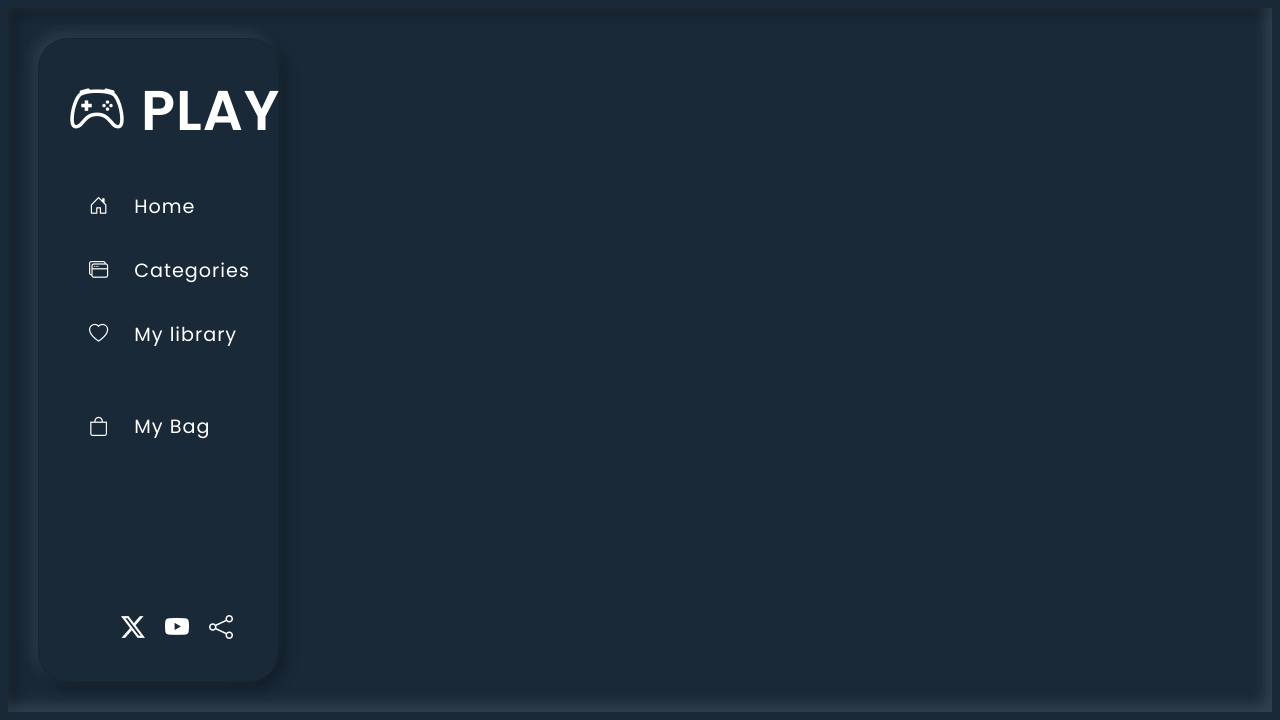
Repository: Ego-Wolf/Ecommerce-game-Reactjs
Page: /
An editor plug-in stored every save of this project. The page is shown before and after the next save, followed by the edit.
The browser window is 1280 px wide. The pictures show the whole page.
The project was rebuilt for these pictures with package versions that can differ from the ones it lists, and the page was loaded fresh each time.

Above is the page before, as saved 2023-12-21 23:29:38.

### public/index.html
<!DOCTYPE html>
<html lang="en">
  <head>
    <meta charset="utf-8" />
    <link rel="icon" href="%PUBLIC_URL%/favicon.ico" />
    <meta name="viewport" content="width=device-width, initial-scale=1" />
    <meta name="theme-color" content="#000000" />
    <meta
      name="description"
      content="Web site created using create-react-app"
    />
    <link rel="apple-touch-icon" href="%PUBLIC_URL%/logo192.png" />
    <link rel="manifest" href="%PUBLIC_URL%/manifest.json" />
    <title>Wolf Ecommerce | Game</title>
    <!-- Bootstraps & Icon -->
    <link href="https://cdn.jsdelivr.net/npm/bootstrap@5.3.2/dist/css/bootstrap.min.css" rel="stylesheet" integrity="sha384-T3c6CoIi6uLrA9TneNEoa7RxnatzjcDSCmG1MXxSR1GAsXEV/Dwwykc2MPK8M2HN" crossorigin="anonymous">
    <link rel="stylesheet" href="https://cdn.jsdelivr.net/npm/bootstrap-icons@1.11.2/font/bootstrap-icons.min.css">
  </head>
  <body>
    <noscript>You need to enable JavaScript to run this app.</noscript>
    <div id="root"></div>

  </body>
</html>

### src/App.js
import React from 'react';
import './App.css';
import Main from "./pages/Main";

function App() {
  return (
    <Main/>
  );
}

export default App;

### src/App.css
/* Google Font */
@import url('https://fonts.googleapis.com/css2?family=Poppins:wght@300;400;500;600;700;800;900&display=swap');


*{
  padding: 0;
  margin: 0;
  box-sizing: border-box;
}

:root {
  --primary: #0d171f;
  --second: #0998a8;
  --bgColor: #192938;
}

h1,
h2,
h4,
p {
  color: #ffffff;
}

body {
  position: relative;
  background: var(--bgColor);
  font-family: 'Poppins', sans-serif;
  width: 100%;
  min-height: 100vh;
  overflow: hidden;
}

### src/pages/Main.jsx
import React from 'react'
import './Main.css'
import SideMenu from '../components/SideMenu'

function Main() {
  return (
    <main>
        <SideMenu/>
    </main>
  )
}

export default Main

### src/pages/Main.css
main {
    position: absolute;
    top: 0;
    left: 0;
    right: 0;
    bottom: 0;
    padding: 30px;
    border: 8px solid var(--bgColor);
    box-shadow: -5px -5px 15px rgba(255, 255, 255, 0.15),
    5px 5px 15px rgba(0, 0, 0, 0.35),
    inset -5px -5px 15px rgba(255, 255, 255, 0.15),
    inset 5px 5px 15px rgba(0, 0, 0, 0.35);
    display: flex;
    justify-content: space-between;
    align-items: center;
    gap: 30px;
    overflow: hidden;
    transition: 0.5s;
}

### src/components/SideMenu.jsx
import React, {useState} from 'react'
import './SideMenu.css'
import NavListItem from './NavListItem'
import navListData from '../data/navListData'
import socialListData from '../data/socialListData'
import SocialListItem from './SocialListItem'

function SideMenu() {
  const [navData, setNavData] = useState(navListData);
  const [socialData, setSocialData] = useState(socialListData);

  return (
    <div className="sideMenu">
        <a href="#" className="logo">
            <i class="bi bi-controller"></i>
            <span className="brand">Play</span>
        </a>
        <ul className="nav">
          {navData.map(item => (
            <NavListItem key={item._id} item={item} />
          ))}
        </ul>

        <ul className="social">
          {socialData.map(item => (
            <SocialListItem key={item._id} item={item} />
          ))}
        </ul>

    </div>
  );
}

export default SideMenu;

### src/components/SideMenu.css
.sideMenu {
    width: 20%;
    height: 100%;
    padding: 30px;
    border: 1px solid rgba(0, 0, 0, 0.1);
    border-radius: 30px;
    background: var(--bgColor);
    box-shadow: -5px -5px 15px rgba(255, 255, 255, 0.1), 5px 5px 15px rgba(0, 0, 0, 0.35);
    display: flex;
    flex-direction: column;
    transition: 1s;
}

.sideMenu .logo {
    position: relative;
    text-decoration: none;
    display: inline-flex;
    align-items: center;
    gap: 15px;
    color: #ffffff;
    font-size: 3.5em;
    font-weight: 600;
    letter-spacing: 1px;
    text-transform: uppercase;
}

.sideMenu .nav {
    margin-top: 30px;
    display: flex;
    flex-direction: column;
    list-style: none;
    gap: 15px;
}

.sideMenu .nav li a {
    text-decoration: none;
    color: #ffffff;
    font-size: 1.2em;
    letter-spacing: 1px;
    display: inline-flex;
    gap: 25px;
    background: var(--bgColor);
    border-radius: 20px;
    padding: 10px 20px;
    width: 100%;
    transition: 0.5s;
}

.sideMenu .nav li a:hover,
.sideMenu .nav li a:active {
    box-shadow: -5px -5px 15px rgba(255, 255, 255, 0.1), 5px 5px 15px rgba(0, 0, 0, 0.35);
}

/* Social */
.sideMenu .social {
    position: absolute;
    bottom: 50px;
    display: flex;
    align-items: center;
    list-style: none;
    gap: 20px;
    transition: 0.5s;
}

.sideMenu .social li a {
    text-decoration: none;
    color: #ffffff;
    font-size: 1.5rem;
    transition: 0.3s;
}

.sideMenu .social li a:hover {
    color: var(--second);
}

.sideMenu .social li .share {
    background: (--second);
    padding: 10px;
    width: 35px;
    height: 35px;
    border-radius: 50%;
    transition: 0.3s;
}

.sideMenu .social li .share:hover {
    background: var(--primary);
}

### src/components/NavListItem.jsx
import React from 'react'
import './NavListItem.css'

function NavListItem({ item }) {
  return (
    <li>
        <a href="#">
            <i className={`bi ${item.icon}`}></i>
            <span className="navName">{item.name}</span>
        </a>
    </li>
  )
}

export default NavListItem

### src/data/navListData.js
const navListData = [
    {
        _id: 1,
        target: 'home',
        name: 'Home',
        icon: 'bi-house-door',
        active: true,
    },
    {
        _id: 2,
        target: 'categories',
        name: 'Categories',
        icon: 'bi-window-stack',
        active: false,
    },
    {
        _id: 3,
        target: 'library',
        name: 'My library',
        icon: 'bi-heart',
        active: false,
    },
    {
        _id: 4,
        target: 'bag',
        name: 'My Bag',
        icon: 'bi-bag',
        active: false,
    },
];

export default navListData;

### src/data/socialListData.js
const socialListData = [
    {
        _id: 1,
        // target: 'meta',
        // name: 'Meta',
        icon: 'bi-bi-meta',
        active: true,
    },
    {
        _id: 2,
        // target: 'categories',
        // name: 'Categories',
        icon: 'bi-twitter-x ',
        active: false,
    },
    {
        _id: 3,
        // target: 'library',
        // name: 'My library',
        icon: 'bi-youtube',
        active: false,
    },
    {
        _id: 4,
        // target: 'bag',
        // name: 'My Bag',
        icon: 'bi-share',
        active: false,
    },
];

export default socialListData;

### src/components/SocialListItem.jsx
import React from 'react'
import './SocialListItem.css'

function SocialListItem({ item }) {
  return (
    <li>
      <a href="#">
        <i className={`bi ${item.icon}`}></i>
      </a>
    </li>
  )
}

export default SocialListItem

Loaded but not shown: src/index.js (common file); src/index.css (common file); src/reportWebVitals.js (common file); src/components/NavListItem.css (no stored copy; drawn as an empty file); src/components/SocialListItem.css (no stored copy; drawn as an empty file)

After the next save:
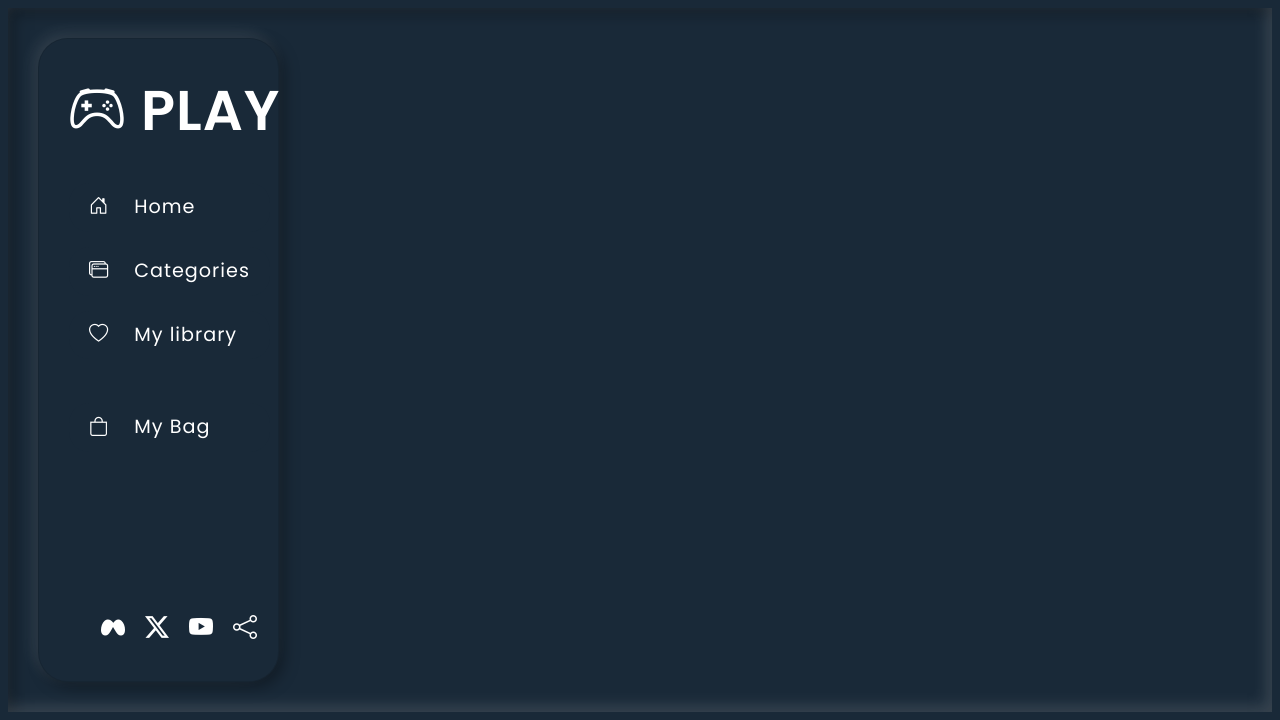
Saved 21 s later.
--- a/src/data/socialListData.js
+++ b/src/data/socialListData.js
@@ -3,7 +3,7 @@
         _id: 1,
         // target: 'meta',
         // name: 'Meta',
-        icon: 'bi-bi-meta',
+        icon: 'bi bi-meta',
         active: true,
     },
     {

After the save that followed:
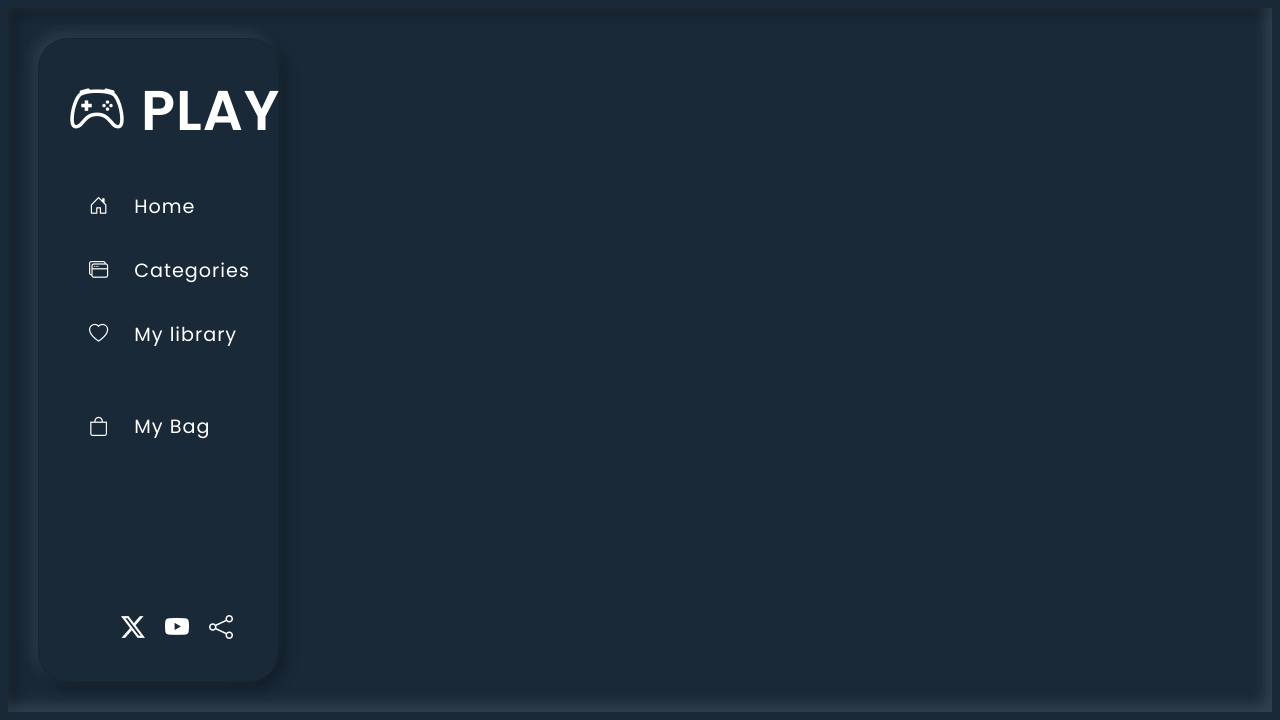
Saved 37 s later.
--- a/src/data/socialListData.js
+++ b/src/data/socialListData.js
@@ -3,7 +3,7 @@
         _id: 1,
         // target: 'meta',
         // name: 'Meta',
-        icon: 'bi bi-meta',
+        icon: 'bi-bi-meta',
         active: true,
     },
     {
